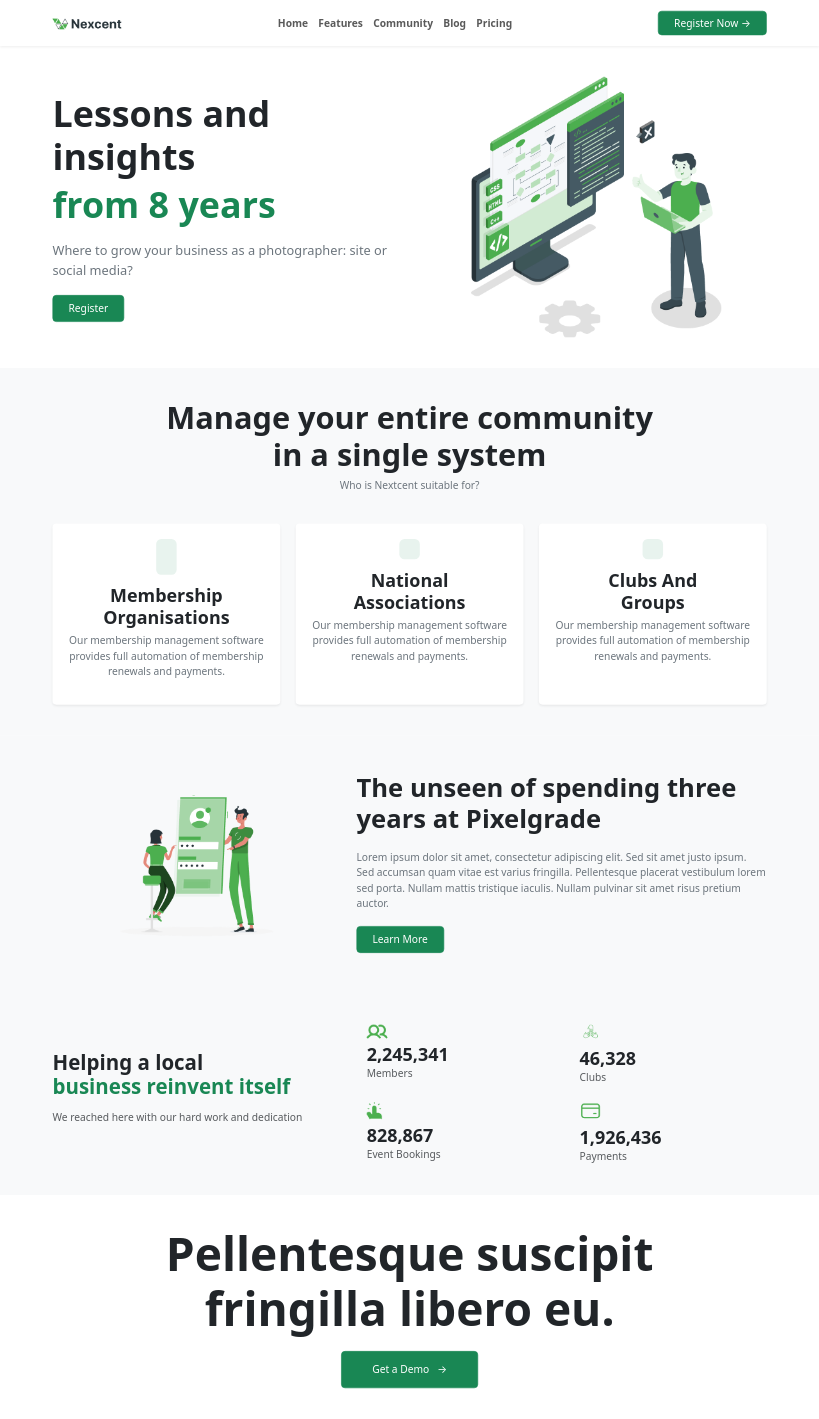
Repository: Laibaaa10/Bootstrap1
Page: index.html
An editor plug-in stored every save of this project. The page is shown before and after the next save, followed by the edit.
The browser window is 1280 px wide. The pictures show the whole page, at 64% of full size.

Above is the page before, as saved 2026-06-18 08:12:23.

After the next save:
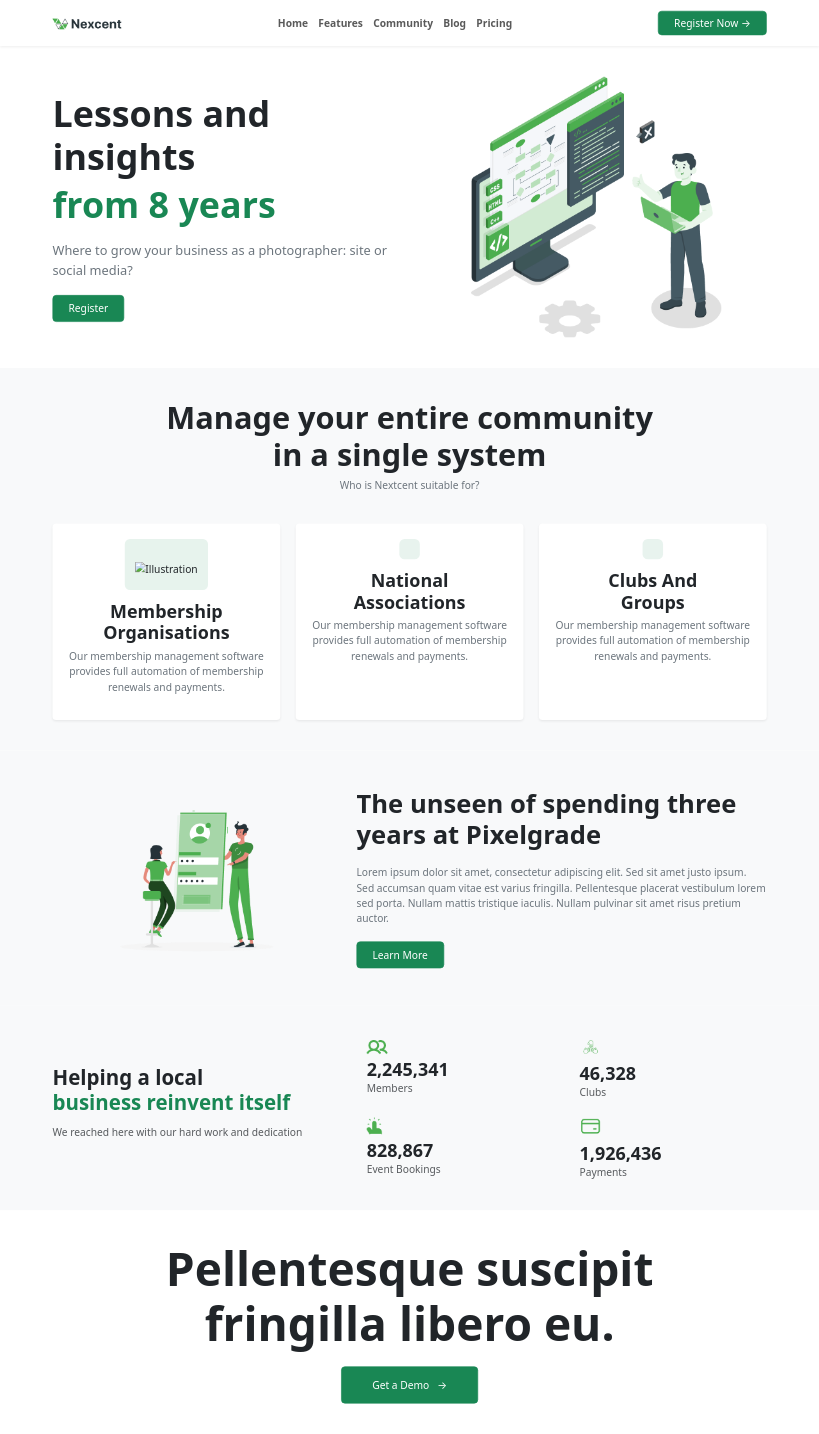
Not found: images/Vector (2).png
Saved 4 s later.
--- a/index.html
+++ b/index.html
@@ -111,7 +111,7 @@
                 <div class="card border-0 shadow-sm h-100 text-center p-4">
 
                     <div class="mx-auto bg-success bg-opacity-10 rounded-3 p-3 mb-3">
-                        <img
+                        <img src="./images/Vector (2).png" alt="Illustration" class="img-fluid">
                         <i class="bi bi-people fs-2 text-success"></i>
                     </div>
 

After the 4 saves that followed:
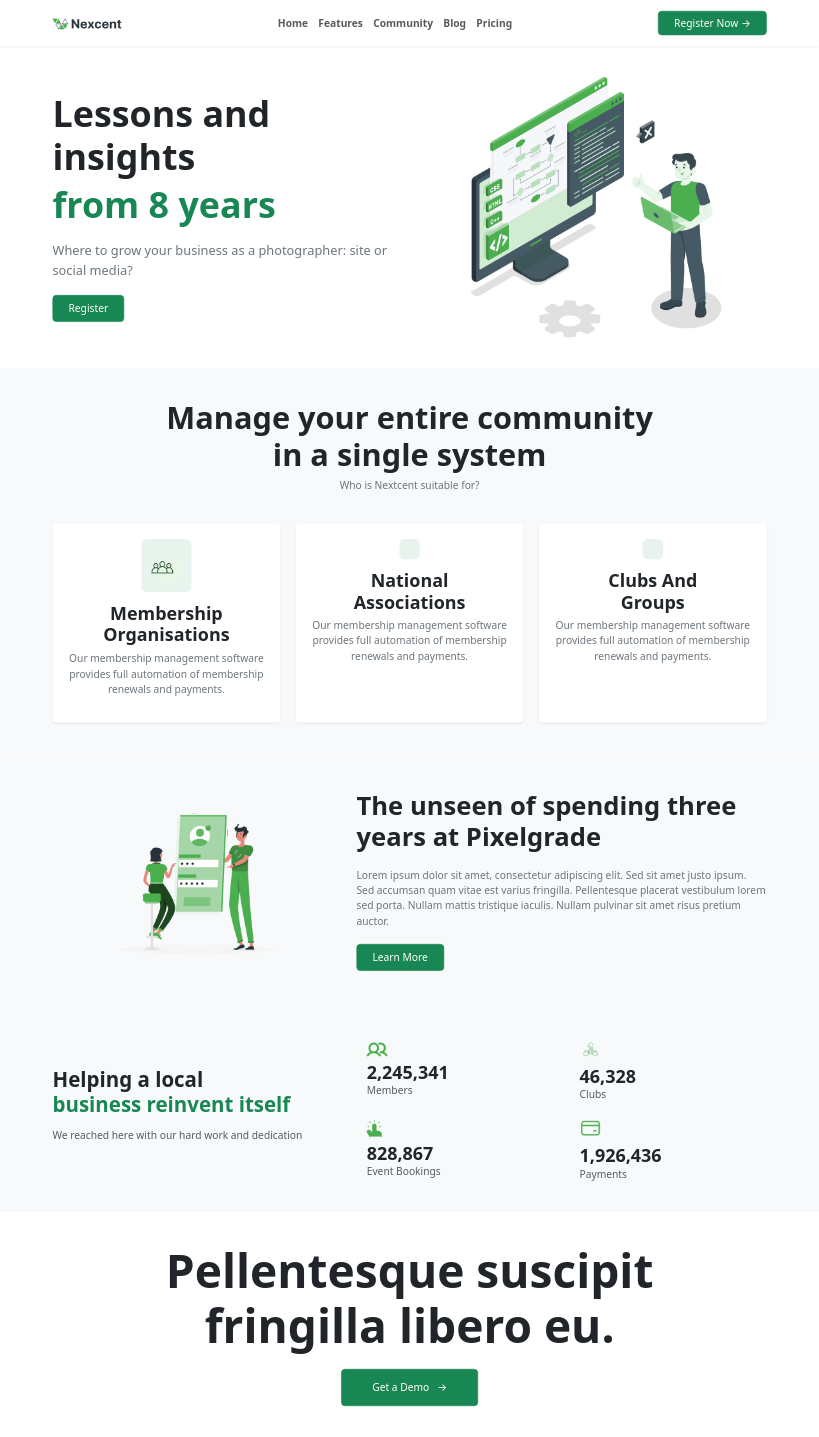
The 4 saves are shown as one change because 1 left the picture as it was and some came seconds apart.
The last was saved 18 s later.
--- a/index.html
+++ b/index.html
@@ -111,7 +111,7 @@
                 <div class="card border-0 shadow-sm h-100 text-center p-4">
 
                     <div class="mx-auto bg-success bg-opacity-10 rounded-3 p-3 mb-3">
-                        <img src="./images/Vector (2).png" alt="Illustration" class="img-fluid">
+                        <img src="./images/ICON.png" alt="Illustration" class="img-fluid">
                         <i class="bi bi-people fs-2 text-success"></i>
                     </div>
 
